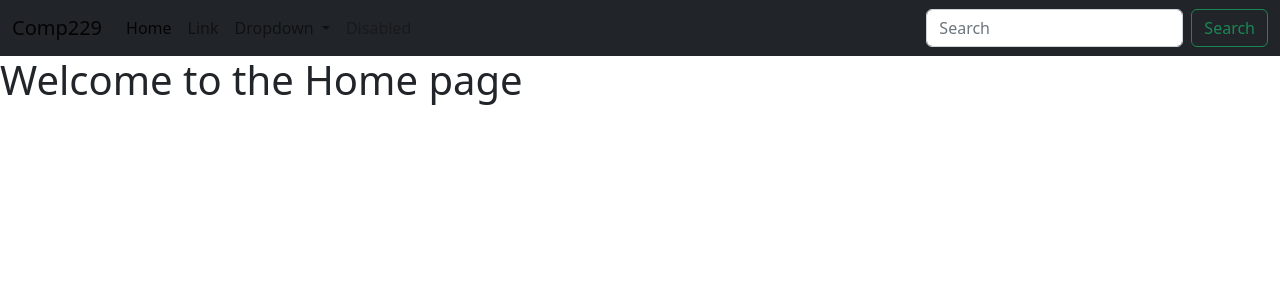
Repository: nhoque7/week3t.2
Page: http://localhost/
These files come from the project's save history. The page is drawn as it stood at one moment and after the next save; the edit follows.
The browser window is 1280 px wide. The pictures show the whole page.
The page is served by the project's Node server (server.js).

Above is the page before, as saved 2022-10-13 14:36:38.

After the next save:
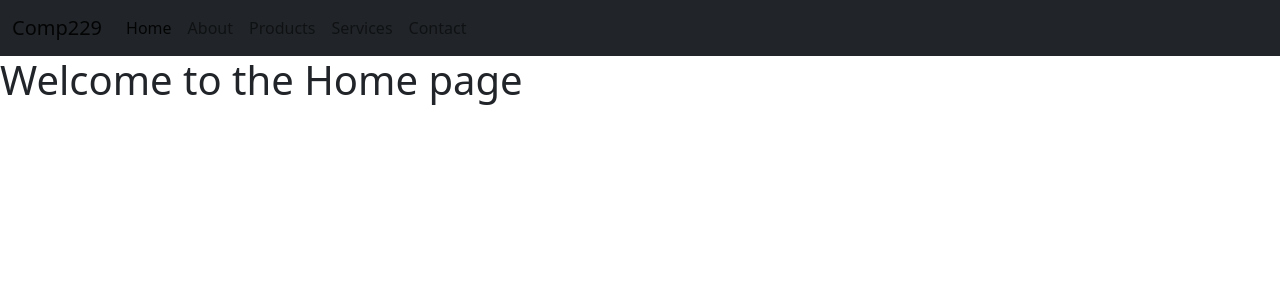
Saved 5 min 20 s later.
--- a/views/index.ejs
+++ b/views/index.ejs
@@ -15,38 +15,34 @@
   <!--Main Navigation-->
   <nav class="navbar navbar-expand-lg bg-dark">
     <div class="container-fluid">
-      <a class="navbar-brand" href="#">Comp229</a>
+      <a class="navbar-brand" href="/">Comp229</a>
       <button class="navbar-toggler" type="button" data-bs-toggle="collapse" data-bs-target="#navbarSupportedContent" aria-controls="navbarSupportedContent" aria-expanded="false" aria-label="Toggle navigation">
         <span class="navbar-toggler-icon"></span>
       </button>
 
       <div class="collapse navbar-collapse" id="navbarSupportedContent">
         <ul class="navbar-nav me-auto mb-2 mb-lg-0">
+
           <li class="nav-item">
-            <a class="nav-link active" aria-current="page" href="#">Home</a>
+            <a class="nav-link active" aria-current="page" href="/home">Home</a>
           </li>
+
           <li class="nav-item">
-            <a class="nav-link" href="#">Link</a>
+            <a class="nav-link" aria-current="page" href="/about">About</a>
           </li>
-          <li class="nav-item dropdown">
-            <a class="nav-link dropdown-toggle" href="#" role="button" data-bs-toggle="dropdown" aria-expanded="false">
-              Dropdown
-            </a>
-            <ul class="dropdown-menu">
-              <li><a class="dropdown-item" href="#">Action</a></li>
-              <li><a class="dropdown-item" href="#">Another action</a></li>
-              <li><hr class="dropdown-divider"></li>
-              <li><a class="dropdown-item" href="#">Something else here</a></li>
-            </ul>
+
+          <li class="nav-item">
+            <a class="nav-link" aria-current="page" href="/products">Products</a>
           </li>
+
           <li class="nav-item">
-            <a class="nav-link disabled">Disabled</a>
+            <a class="nav-link" aria-current="page" href="/services">Services</a>
           </li>
-        </ul>
-        <form class="d-flex" role="search">
-          <input class="form-control me-2" type="search" placeholder="Search" aria-label="Search">
-          <button class="btn btn-outline-success" type="submit">Search</button>
-        </form>
+
+          <li class="nav-item">
+            <a class="nav-link" aria-current="page" href="/contact">Contact</a>
+          </li>
+
       </div>
     </div>
   </nav>
